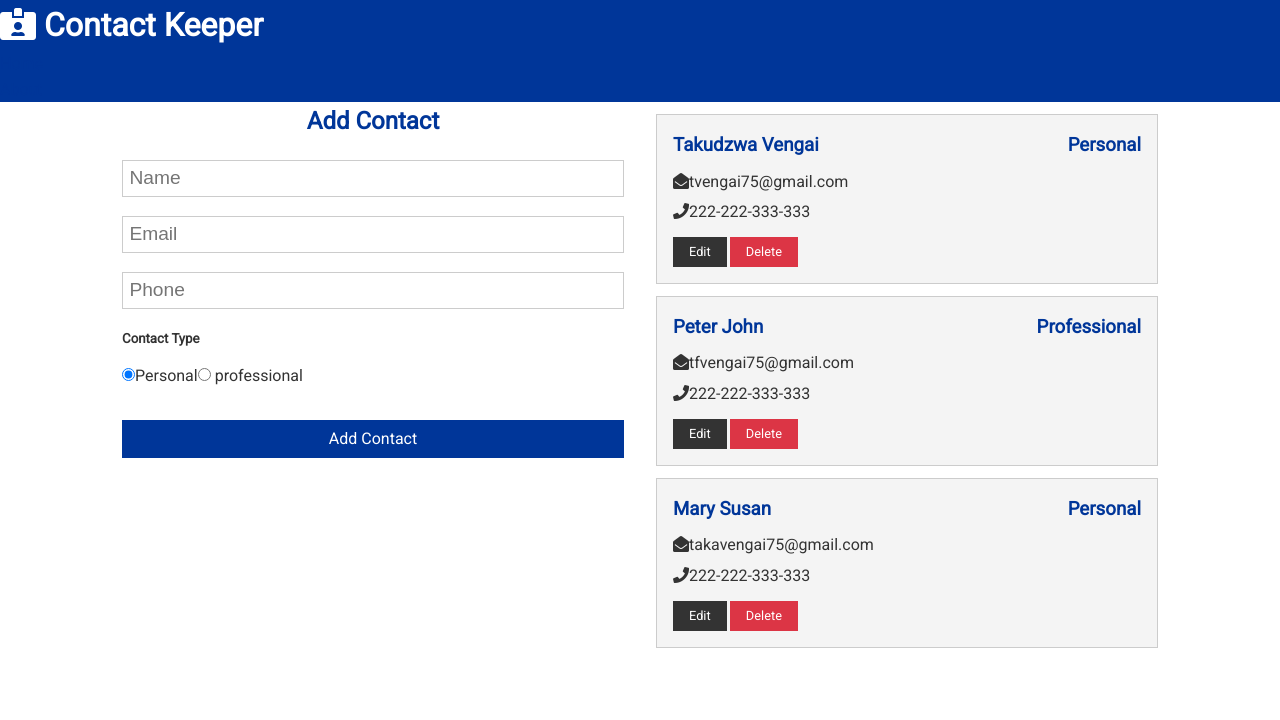
Repository: Takudzwa413/Contact-Keeper
Page: / (app in client/)
An editor plug-in stored every save of this project. The page is shown before and after the next save, followed by the edit.
The browser window is 1280 px wide. The pictures show the whole page.
Some web libraries are served in a nearby version. The project was rebuilt for these pictures with package versions that can differ from the ones it lists, and the page was loaded fresh each time. Also part of the build but not shown: client/src/components/pages/About.js.

Above is the page before, as saved 2020-06-19 19:08:09.

### client/public/index.html
<!DOCTYPE html>
<html lang="en">
  <head>
    <meta charset="utf-8" />
    <link rel="icon" href="%PUBLIC_URL%/favicon.ico" />
    <meta name="viewport" content="width=device-width, initial-scale=1" />
    <meta name="theme-color" content="#000000" />
    <meta
      name="description"
      content="Web site created using create-react-app"
    />
    <link
    rel="stylesheet"
    href="https://use.fontawesome.com/releases/v5.13.0/css/all.css"
    integrity="sha384-Bfad6CLCknfcloXFOyFnlgtENryhrpZCe29RTifKEixXQZ38WheV+i/6YWSzkz3V"
    crossorigin="anonymous"
  />
    <link rel="apple-touch-icon" href="%PUBLIC_URL%/logo192.png" />

    <link rel="manifest" href="%PUBLIC_URL%/manifest.json" />

    <title>ContactKeeper |Takudzwa</title>
  </head>
  <body>
    <noscript>You need to enable JavaScript to run this app.</noscript>
    <div id="root"></div>

  </body>
</html>

### client/src/App.js
import React,{Fragment} from 'react';
import { BrowserRouter as Router, Route,Switch  } from 'react-router-dom';
import Navbar from './components/layout/Navbar';
import Home from './components/pages/Home';
import About from './components/pages/About';

import ContactState from  './context/contact/ContactState'
import './App.css';

function App() {
  return (
    <ContactState>
      <Router>
        <Fragment>
          <Navbar/>
            <div className='container'>
              <Switch>
                <Route exact path='/' component={Home}/>
                <Route exact path='/about' component={About}/>
              </Switch>
            </div>
        </Fragment>
      </Router>
    </ContactState>
  );
}

export default App;

### client/src/components/layout/Navbar.js
import React from 'react';
import PropTypes from 'prop-types'
import { Link } from 'react-router-dom';


const Navbar = ({title ,icon}) => {
    return (
        <div className='Navbar bg-primary'>
            <h1>
                <i className={icon}/> {title}
            </h1>
            <ul>
                <li>
                    <Link to='/'>Home</Link>
                </li>
                <li>
                    <Link to='/about'>About</Link>
                </li>
            </ul>
        </div>
    )
};

Navbar.propTypes ={
    title:PropTypes.string.isRequired,
    icon:PropTypes.string,
}
Navbar.defaultProps ={
    title:'Contact Keeper',
    icon:'fas fa-id-card-alt'
}

export default Navbar

### client/src/components/pages/Home.js
import React from 'react'
import Contacts from '../contacts/Contacts';
import ContactForm from '../contacts/ContactForm';
import contactFilter from '../contacts/contactFilter'

const Home = () => {
    return (
        <div className='grid-2'>
            <div>
                <ContactForm/>
            </div>
            <div>
                <contactFilter/>
                <Contacts/>
            </div>

        </div>
    )
}
export default Home;

### client/src/context/contact/ContactState.js
import React ,{  useReducer } from 'react';
import { v4 as uuidv4} from 'uuid'
import ContactContext from './contactContext';
import contactReducer from './contactReducer';
import {
    ADD_CONTACT,
    DELETE_CONTACT,
    SET_CURRENT,
    CLEAR_CURRENT,
    UPDATE_CONTACT,
    FILTER_CONTACTS,
    CLEAR_FILTER
} from '../types'


const ContactState = props =>{
    const initialState = {
        contacts :[
            {
                id:1,
                name:'Takudzwa Vengai',
                email:'tvengai75@gmail.com',
                phone:'222-222-333-333',
                type:'personal'
            },
            {
                id:2,
                name:'Peter John',
                email:'tfvengai75@gmail.com',
                phone:'222-222-333-333',
                type:'professional'
            },
            {
                id:3,
                name:'Mary Susan',
                email:'takavengai75@gmail.com',
                phone:'222-222-333-333',
                type:'personal'
            }
        ],
        current :null,
        filtered:null
    }
    const [state,dispatch] = useReducer(contactReducer , initialState);

    //Add Contact

    const addContact = contact => {
        contact.id = uuidv4()
        dispatch({type: ADD_CONTACT, payload: contact});
    }

    //delete contact
    const deleteContact = id => {
        dispatch({type: DELETE_CONTACT, payload: id});
    }

    //set current contact
    const setCurrent = contact => {
        dispatch({type: SET_CURRENT, payload: contact});
    }

    //clear current contact
    const clearCurrent = () => {
        dispatch({type: CLEAR_CURRENT});
    }

    //update contact
    const updateContact = contact => {
        dispatch({type: UPDATE_CONTACT, payload: contact});
    }


    //filter contact
    const filterContacts = text => {
        dispatch({type:FILTER_CONTACTS, payload: text});
    }


    //clear filter
    const clearFilter = () => {
        dispatch({type: CLEAR_FILTER});
    }

    return(
        <ContactContext.Provider
        value={{
            contacts:state.contacts,
            current: state.current,
            filtered: state.filtered,
            addContact,
            deleteContact,
            setCurrent,
            clearCurrent,
            updateContact,
            filterContacts,
            clearFilter

        }}>

            {props.children}

        </ContactContext.Provider>
    )

}

export default ContactState;

### client/src/components/contacts/Contacts.js
import React,{ Fragment,useContext } from 'react';
import ContactItem from './ContactItem'
import ContactContext from '../../context/contact/contactContext'

const Contacts = () => {

    const contactContext = useContext(ContactContext);
    const { contacts } = contactContext;
    return (
        <Fragment>
            {contacts.map(contact=> (
              <ContactItem key={contact.id} contact={contact}/>
               ))}
        </Fragment>
    )
}
export default Contacts

### client/src/components/contacts/ContactForm.js
import React, {useState , useContext , useEffect} from 'react'
import ContactContext from '../../context/contact/contactContext'

const ContactForm = () => {
    const contactContext =useContext(ContactContext);

    const { addContact ,updateContact,clearCurrent, current} =contactContext

    useEffect(() =>{
        if (current !==null){
            setContact(current);
        }else {
            setContact({
                name:'',
                email:'',
                phone:'',
                type:'personal'
            })
        }
    },[contactContext, current])

    const[ contact,setContact] = useState({
        name:'',
        email:'',
        phone:'',
        type:'personal'
    });
    const{ name,email,phone,type } = contact;

    const onChange = e =>
    setContact({...contact,[e.target.name]: e.target.value});

    const onSubmit = e =>{
        e.preventDefault();

        if(current===null){
            addContact(contact);
        }else{
            updateContact(contact);
        }
        clearAll();
    };

    const clearAll =() => {
        clearCurrent()
    };

    return (
        <form onSubmit = {onSubmit}>
           <h2 className="text-primary">{ current ? 'Edit Contact' :'Add Contact'  }</h2>
           <input
                type="text"
                placeholder="Name"
                name="name"
                value={name}
                onChange={onChange}
            />
            <input
                type='email'
                placeholder="Email"
                name="email"
                value={email}
                onChange={onChange}
            />
            <input
                type="text"
                placeholder="Phone"
                name="phone"
                value={phone}
                onChange={onChange}
            />
            <h5>Contact Type</h5>
            <input
             type="radio"
             name="type"
             value="personal"
             checked={type==='personal'}
             onChange={onChange}
             />Personal{''}

            <input
            type="radio"
            name="type"
            value="professional"
            checked={type==='professional'}
            onChange={onChange}
            />{' '}
            professional
            <div>
                <input type="submit" value={ current ? 'Update Contact' :'Add Contact'  }className="btn btn-primary btn-block"></input>
            </div>

            {current &&(
                <div>
                    <button className='btn btn-light btn-block' onClick={clearAll}>
                        Clear
                    </button>
                </div>
            )}
        </form>
    )
}
export default ContactForm;

### client/src/context/contact/contactReducer.js
import {
    ADD_CONTACT,
    DELETE_CONTACT,
    SET_CURRENT,
    CLEAR_CURRENT,
    UPDATE_CONTACT,
    FILTER_CONTACTS,
    CLEAR_FILTER
} from '../types'

export default(state, action) => {
    switch(action.type) {
        case ADD_CONTACT:
            return{
                ...state,
                contacts: [...state.contacts , action.payload]
            };
        case UPDATE_CONTACT:
            return{
                ...state,
                contacts: state.contacts.map(
                    contact => contact.id ===
                    action.payload.id ?
                     action.payload :contact)
            }
        case DELETE_CONTACT:
            return{
                ...state,
                contacts: state.contacts.filter(contact => contact.id !==action.payload)
            } ;
        case SET_CURRENT:
            return{
                ...state,
                current:action.payload
            };
        case CLEAR_CURRENT:
            return{
                ...state,
                current:null
            } ;
        case FILTER_CONTACTS:
            return{
                ...state,
                filtered: state.contacts.filter(contact =>{
                    const regex = new RegExp(`${action.payload}`, 'gi');
                    return contact.name.match(regex) || contact.email.match(regex);
                })
            }
            case CLEAR_FILTER:
                return{
                    ...state,
                    filtered:null
                } ;
        default:
            return state;
    }
};

### client/src/context/types.js
export const ADD_CONTACT = 'ADD_CONTACT';
export const DELETE_CONTACT = 'DELETE_CONTACT';
export const SET_CURRENT = 'SER_CURRENT';
export const CLEAR_CURRENT = 'CLEAR_CURRENT';
export const UPDATE_CONTACT =  'UPDATE_CONTACT';
export const FILTER_CONTACTS = 'FILTER_CONTACTS';
export const CLEAR_FILTER = 'CLEAR_FILTER';
export const SET_ALERT = 'SET_ALERT';
export const REMOVE_ALERT = 'REMOVE_ALERT'

### client/src/components/contacts/ContactItem.js
import React ,{useContext} from 'react';
import PropTypes from 'prop-types';
import ContactContext from '../../context/contact/contactContext'

const ContactItem = ({contact}) => {

    const contactContext =useContext(ContactContext);
    const {deleteContact, setCurrent,clearCurrent} = contactContext

    const {id, name, email, phone,type} = contact;



    const onDelete= ()=>{
        deleteContact(id);
        clearCurrent();

    }

    return (
        <div className='card bg-light'>
            <h3 className="text-primary text-left">
                {name}{' '}
                 <span style= {{float: 'right'}}
                 className={
                'badge' +
                (type === 'professional'? 'badge-success'  : 'badge-primary')
                }
                >
                    {type.charAt(0).toUpperCase() + type.slice(1)}
                </span>
            </h3>
            <ul className="list">
                {email && (
                <li>
                    <i className="fas fa-envelope-open"></i>{email}
                </li>)}
                {phone && (
                <li>
                    <i className="fas fa-phone"></i>{phone}
                </li>)}

            </ul>
            <button className='btn btn-dark btn-sm' onClick={() =>setCurrent(contact)}>Edit</button>
            <button className='btn btn-danger btn-sm'onClick={onDelete}>Delete</button>

        </div>
    )
}


ContactItem.propTypes = {
    contact: PropTypes.object.isRequired

}
export default ContactItem;

### client/src/components/contacts/contactFilter.js
import React,{useContext, useRef, useEffect} from 'react'
import ContactContext from '../../context/contact/contactContext'

const ContactFilter = () => {
    const contactContext = useContext(ContactContext);
    const text = useRef(' ');

    const { filterContacts, clearFilter, filtered  } = contactContext;

    useEffect(()  => {
        if (filtered === null){
            text.current.value = '';
        }
    });

    const onChange = e =>{
        if (text.current.value !==''){
            filterContacts(e.target.value);
        }else{
            clearFilter();
        }
    };

    return (
        <form>
            <input ref={text} type="text" placeholder="Filter Contacts..." onChange={onChange}/>

        </form>
    )
}

export default ContactFilter

Loaded but not shown: client/src/index.js (common file); client/src/App.css (common file); client/src/context/contact/contactContext.js (common file)

After the next save:
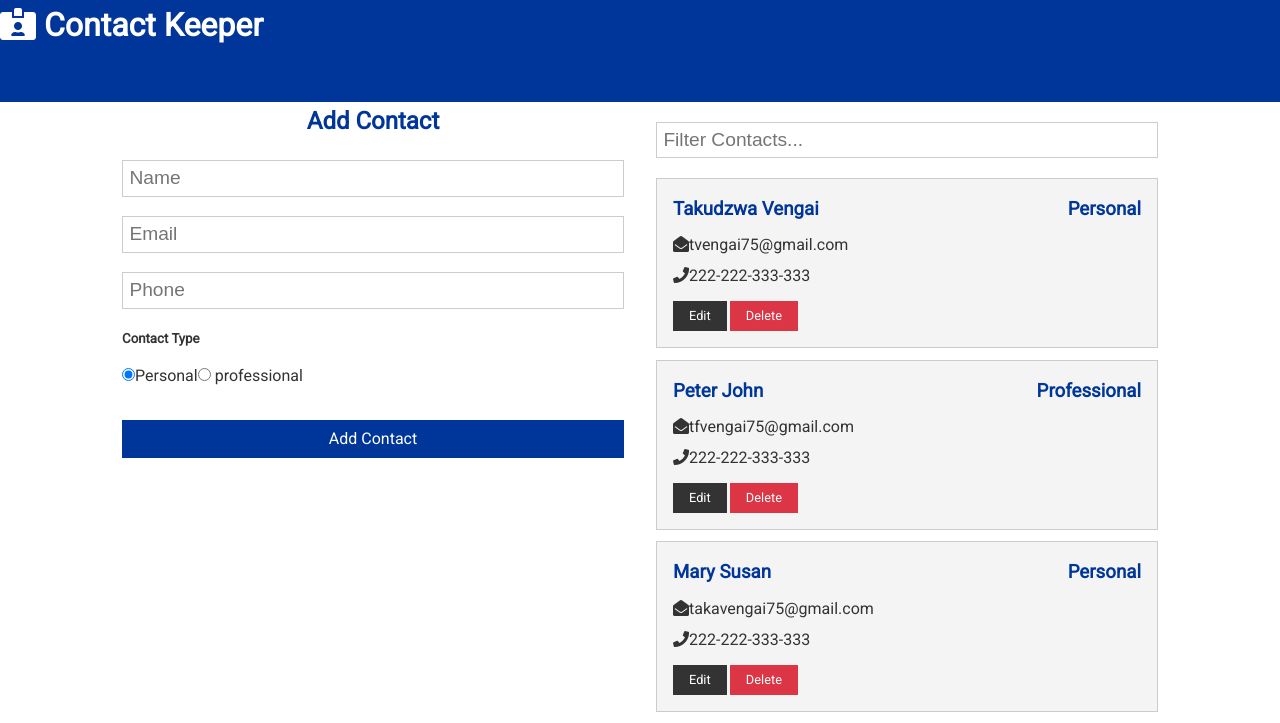
Saved 6 s later.
--- a/client/src/components/pages/Home.js
+++ b/client/src/components/pages/Home.js
@@ -1,7 +1,7 @@
 import React from 'react'
 import Contacts from '../contacts/Contacts';
 import ContactForm from '../contacts/ContactForm';
-import contactFilter from '../contacts/contactFilter'
+import ContactFilter from '../contacts/contactFilter'
 
 const Home = () => {
     return (
@@ -10,7 +10,7 @@
                 <ContactForm/>
             </div>
             <div>
-                <contactFilter/>
+                <ContactFilter/>
                 <Contacts/>
             </div>
 
